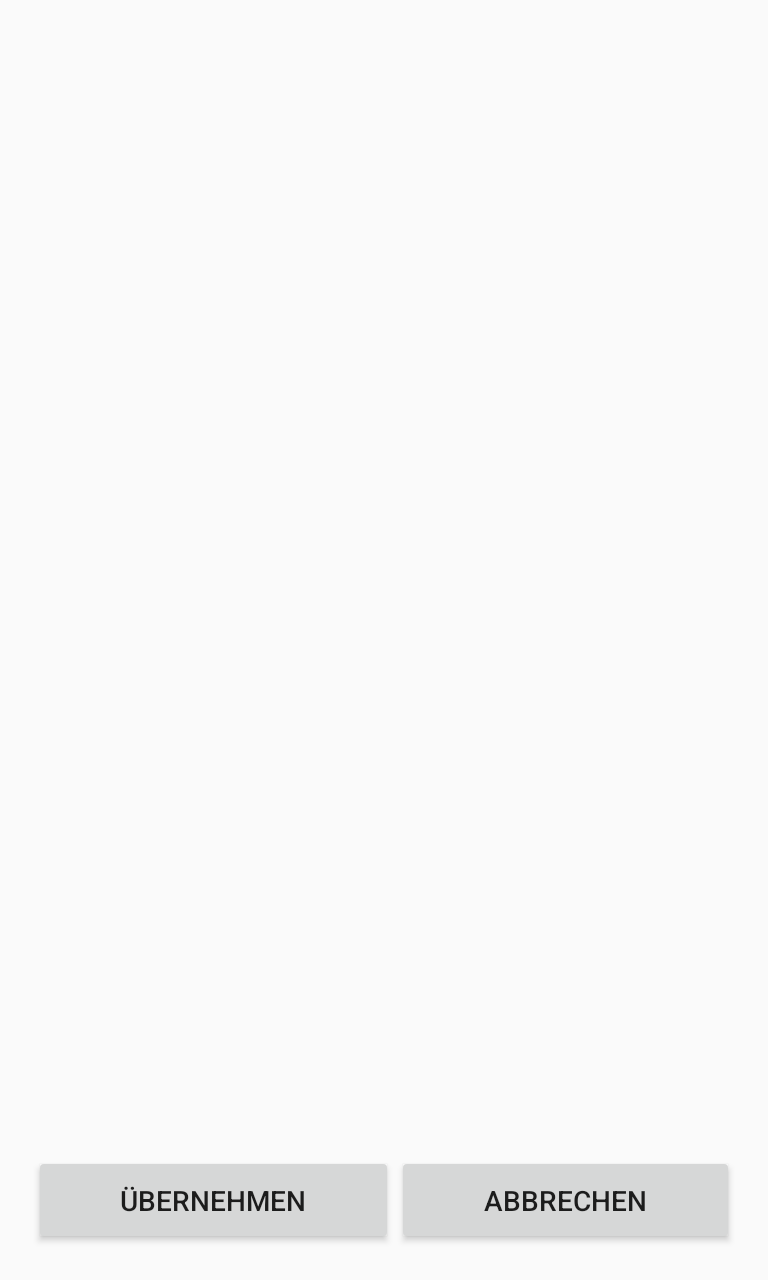
Repository: browndrf/cmpe283
Layout: myopenstack/res/layout/activity_main.xml
The author's editor kept a copy of each file at every save. The layout is drawn from the files as they stood at one save, then again after the next save.
It is drawn on a 768 x 1280 px phone screen (xhdpi) without system bars, with theme AppTheme; the app's code is not run.

Above is the layout before, as saved 2014-09-13 18:23:14.

### myopenstack/res/layout/activity_main.xml
<RelativeLayout xmlns:android="http://schemas.android.com/apk/res/android"
    xmlns:tools="http://schemas.android.com/tools"
    android:layout_width="match_parent"
    android:layout_height="match_parent"
    android:paddingBottom="@dimen/activity_vertical_margin"
    android:paddingLeft="@dimen/activity_horizontal_margin"
    android:paddingRight="@dimen/activity_horizontal_margin"
    android:paddingTop="@dimen/activity_vertical_margin"
    tools:context=".MainActivity" >

    <LinearLayout
        android:id="@+id/LinearLayout02"
        android:layout_width="fill_parent"
        android:layout_height="wrap_content"
        android:layout_alignParentBottom="true" >

        <Button
            android:id="@+id/Button02"
            android:layout_width="wrap_content"
            android:layout_height="wrap_content"
            android:layout_weight="1"
            android:text="Übernehmen" >
        </Button>

        <Button
            android:id="@+id/Button03"
            android:layout_width="wrap_content"
            android:layout_height="wrap_content"
            android:layout_weight="1"
            android:text="Abbrechen" >
        </Button>
    </LinearLayout>

    <TableLayout
        android:id="@+id/tableLayout1"
        android:layout_width="match_parent"
        android:layout_height="match_parent"
        android:shrinkColumns="*"
        android:stretchColumns="*" >
    </TableLayout>

</RelativeLayout>

Loaded but not shown: myopenstack/res/values/styles.xml (common file); myopenstack/res/values-v11/styles.xml (common file); myopenstack/res/values-v14/styles.xml (common file); myopenstack/res/values/dimens.xml (common file); myopenstack/res/values-w820dp/dimens.xml (common file)

After the next save:
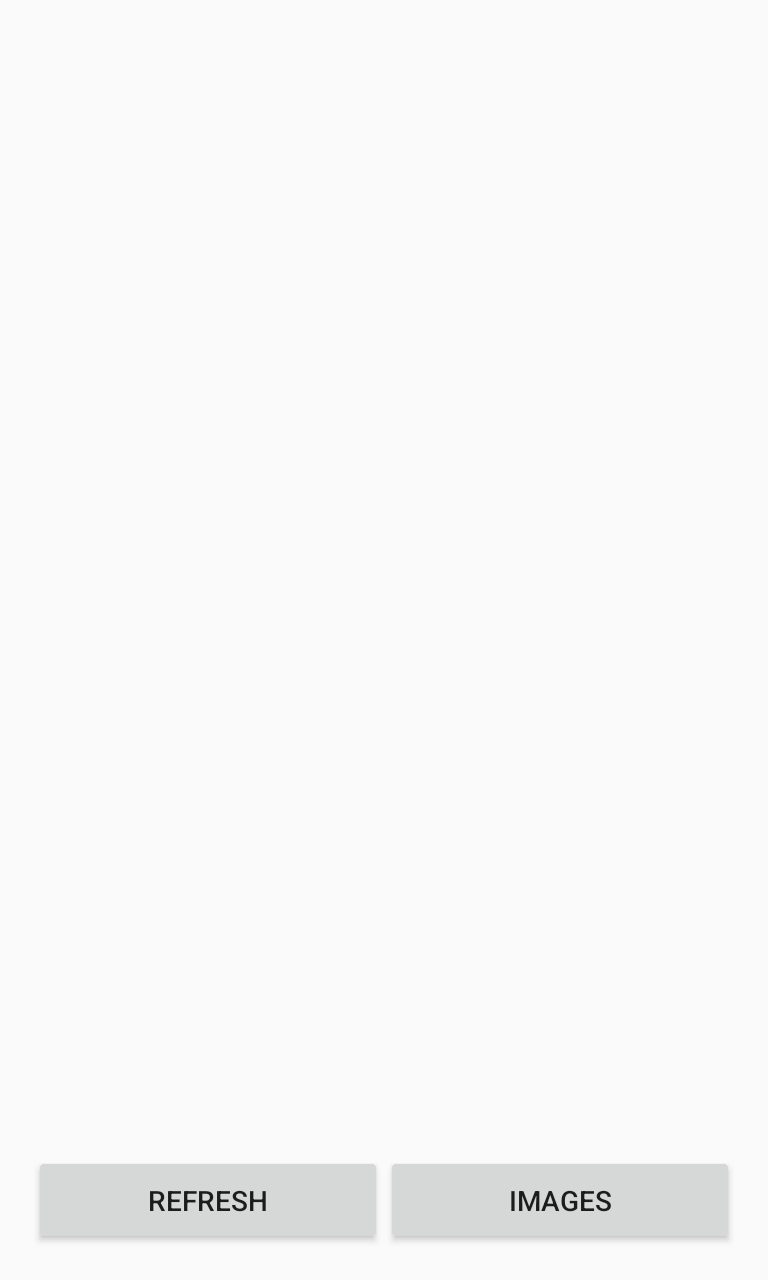
Saved 4 min 3 s later.
--- a/myopenstack/res/layout/activity_main.xml
+++ b/myopenstack/res/layout/activity_main.xml
@@ -19,7 +19,7 @@
             android:layout_width="wrap_content"
             android:layout_height="wrap_content"
             android:layout_weight="1"
-            android:text="Übernehmen" >
+            android:text="Refresh" >
         </Button>
 
         <Button
@@ -27,7 +27,7 @@
             android:layout_width="wrap_content"
             android:layout_height="wrap_content"
             android:layout_weight="1"
-            android:text="Abbrechen" >
+            android:text="Images" >
         </Button>
     </LinearLayout>
 
